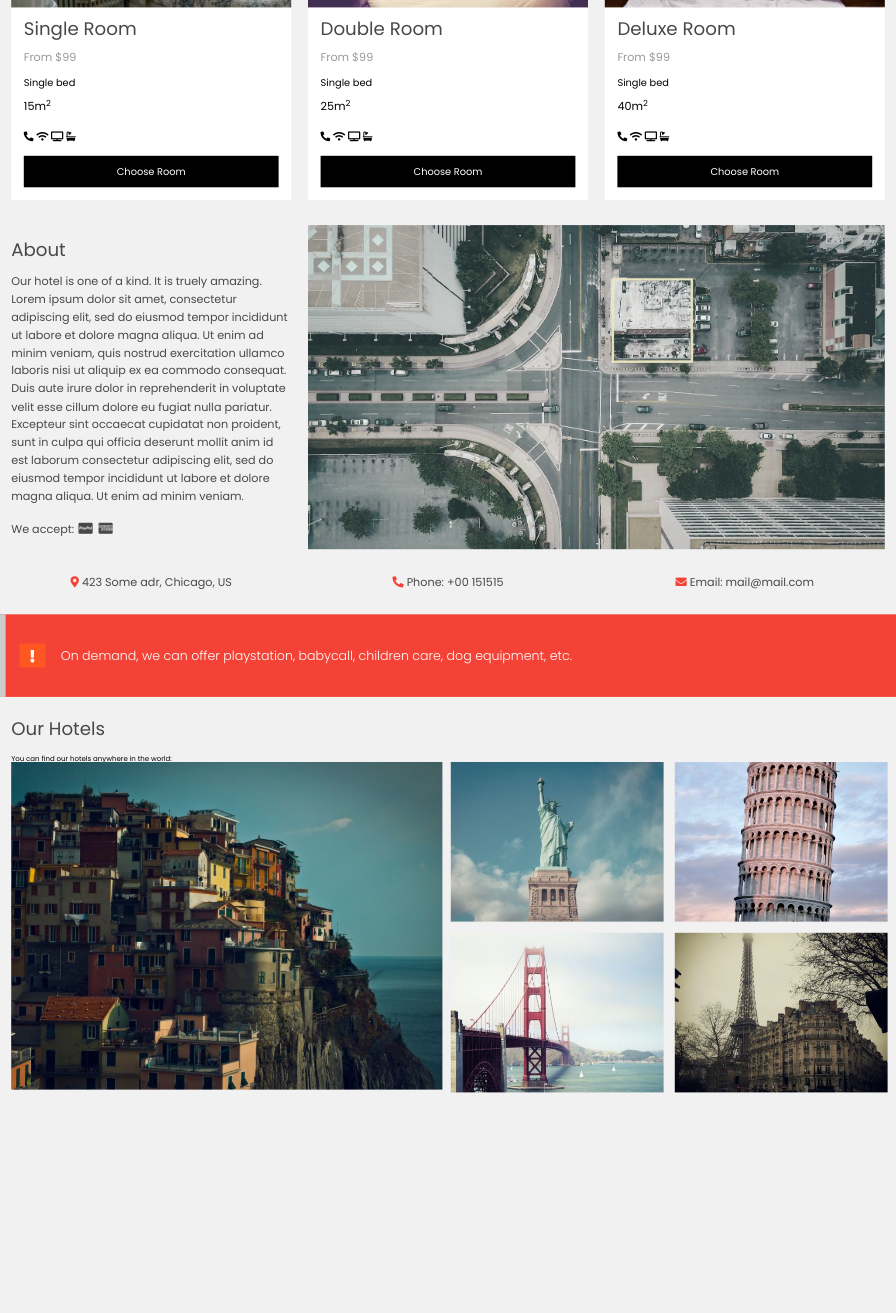
Repository: phamhuuloc/Travel_Template
Page: index.html
The author's editor kept a copy of each file at every save. The page is drawn from the files as they stood at one save, then again after the next save.
The browser window is 1280 px wide. The pictures show the part of the page from y = 1232 to 3152 px (the page is 3108 px tall before and 3152 px after), at 70% of full size.
The style sheet was rebuilt from its Sass, Less or Tailwind sources for each picture, by a compiler version that may differ from the author's.

Above is the page before, as saved 2021-09-18 11:59:40.

After the next save:
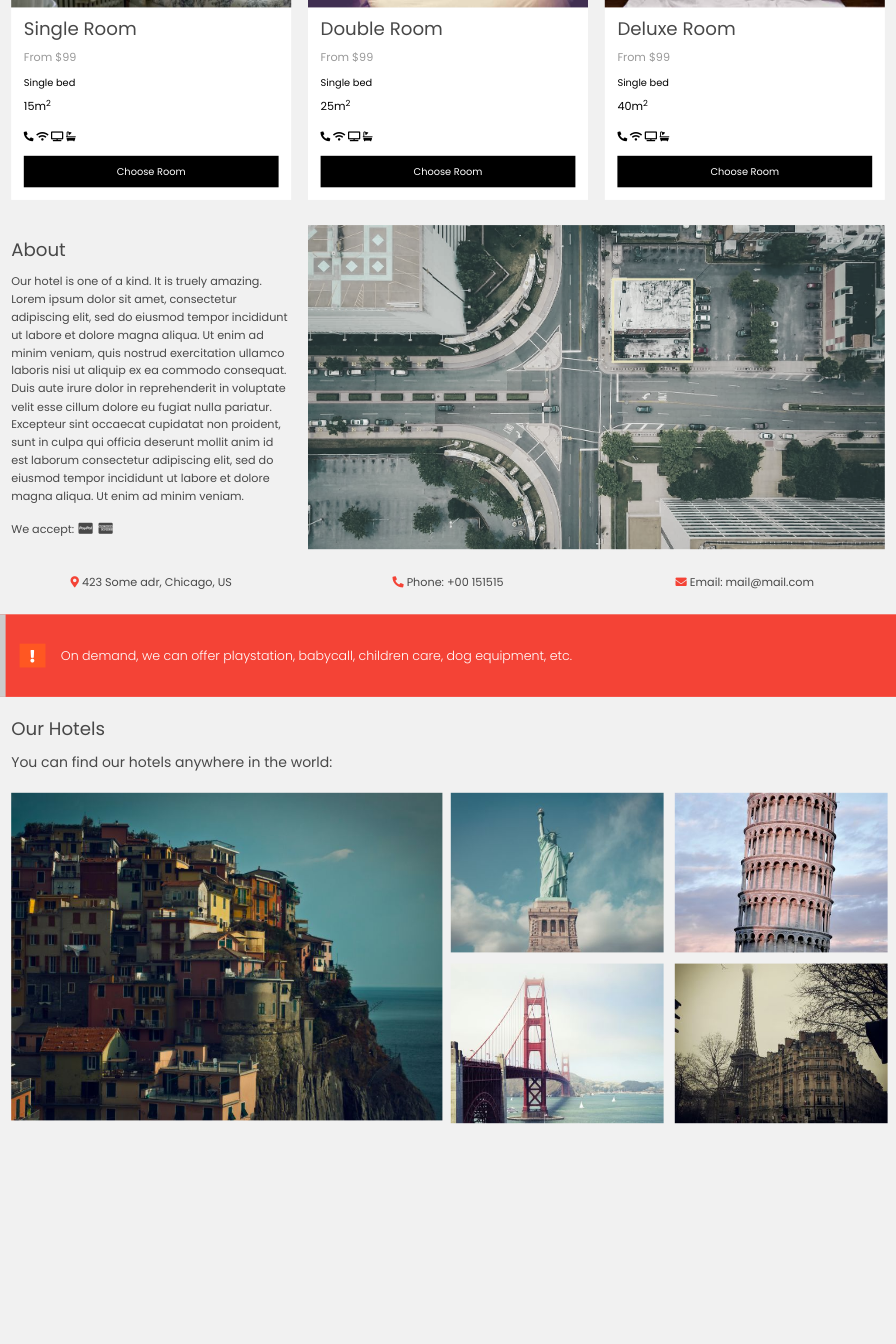
Saved 13 s later.
--- a/index.html
+++ b/index.html
@@ -287,7 +287,7 @@
       </div>
       <section class="our-hotels">
         <h3 class="our-hotels__title">Our Hotels</h3>
-        <p class="our-hotel__desc">
+        <p class="our-hotels__desc">
           You can find our hotels anywhere in the world:
         </p>
         <div class="row sm-gutter">
